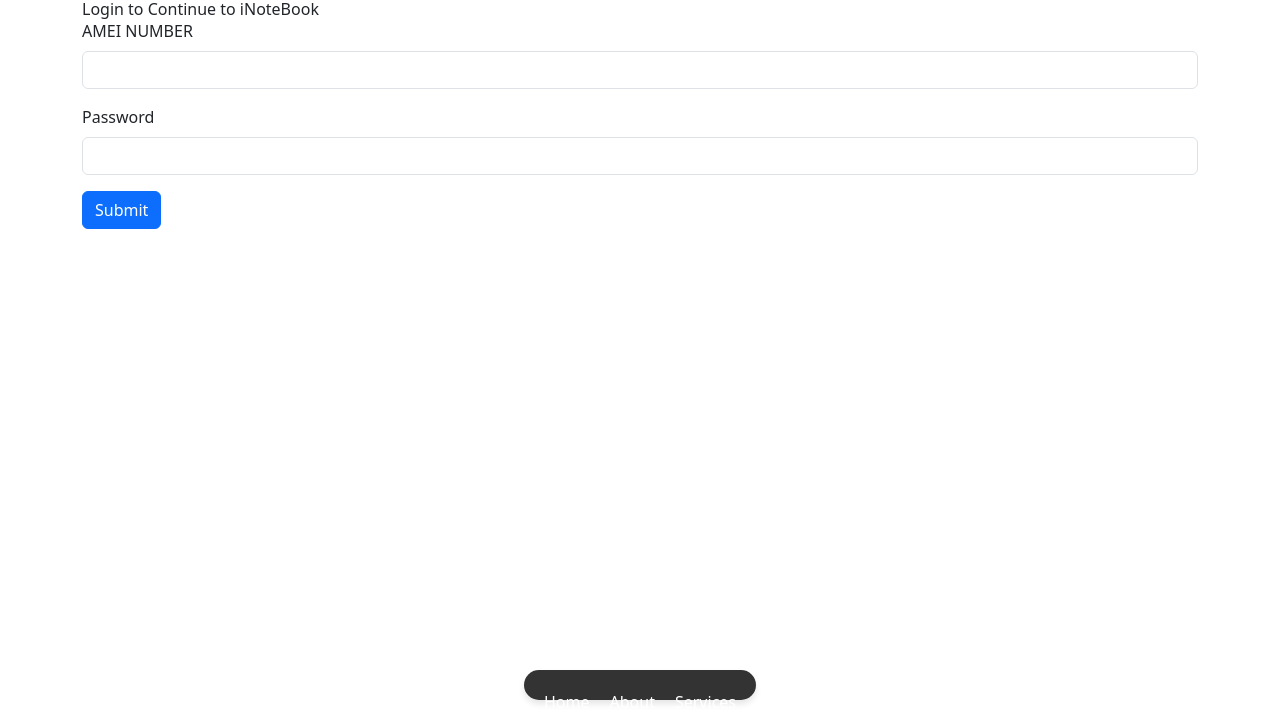
Repository: shash0708/GMR-Lines
Page: /login (app in frontend/)
These files come from the project's save history. The page is drawn as it stood at one moment and after the next save; the edit follows.
The browser window is 1280 px wide. The pictures show the whole page.
The page's requests for data from a server got no answer. The project was rebuilt for these pictures with package versions that can differ from the ones it lists, and the page was loaded fresh each time. No one was signed in, and anything a server would have sent is missing. Also part of the build but not shown: frontend/src/components/Buttons/Buttons.component.jsx, frontend/src/components/Home/Home.component.jsx, frontend/src/components/Form/Form.css, frontend/src/components/speedDail/SpeedDail.component.jsx, frontend/src/components/Form/Form.component.jsx, frontend/src/components/Card/Card.jsx, frontend/src/components/Card/Card.css, frontend/src/components/Card/Card.component.jsx and 4 more.

Above is the page before, as saved 2024-09-08 23:17:48.

After the next save:
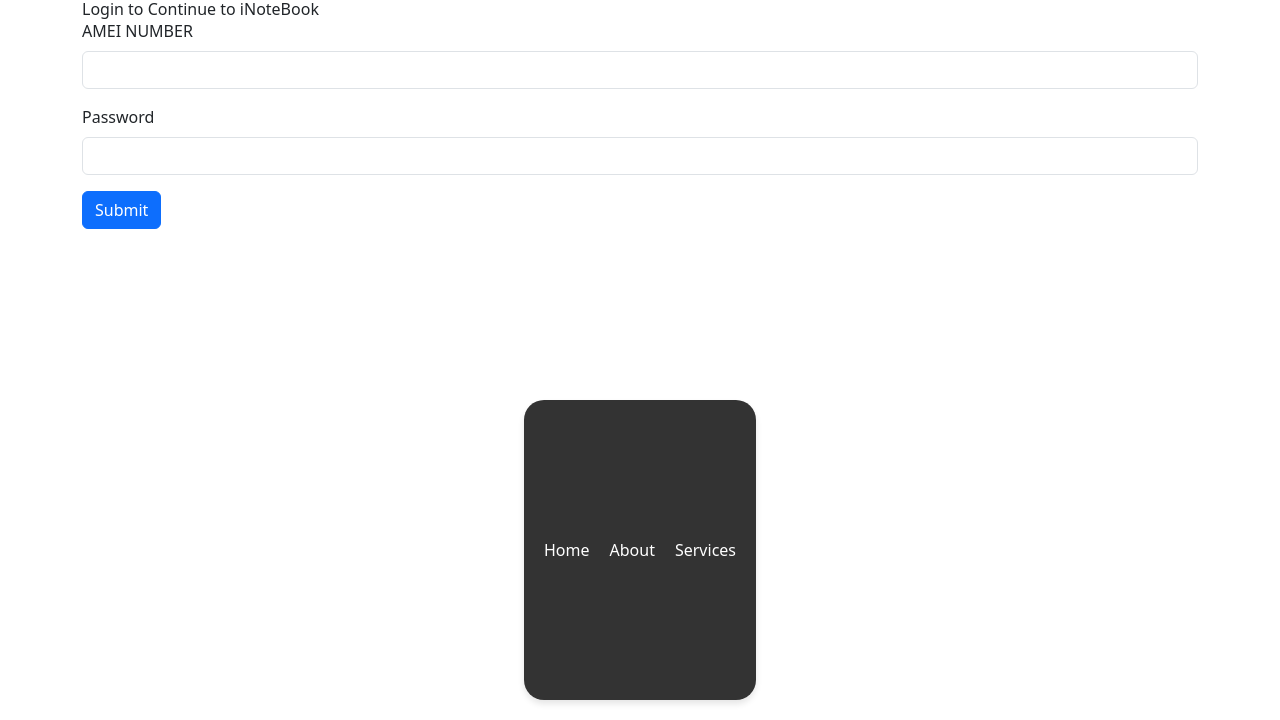
Saved 5 s later.
--- a/frontend/src/components/Header/Navbar.css
+++ b/frontend/src/components/Header/Navbar.css
@@ -2,7 +2,7 @@
 .navbar {
     display: flex;
     border-radius: 20px;
-    height: 30px;
+    height: 300px;
     align-items: center;
     justify-content: center;
     position: fixed;
